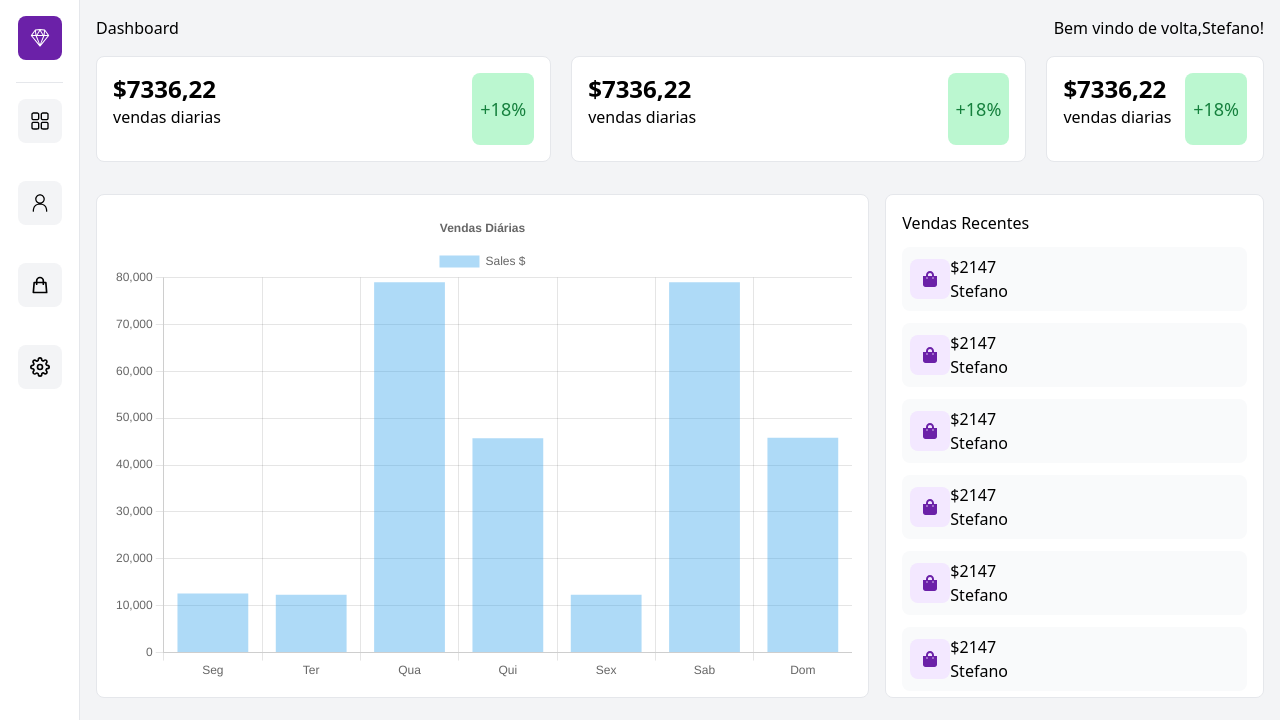
Repository: stefanosousaa/dashboard-next13
Page: /
An editor plug-in stored every save of this project. The page is shown before and after the next save, followed by the edit.
The browser window is 1280 px wide. The pictures show the whole page.
The project was rebuilt for these pictures with package versions that can differ from the ones it lists, and the page was loaded fresh each time. The framework's server and built-in components were replaced by stand-ins that run in the browser. Also part of the build but not shown: next.config.js.

Above is the page before, as saved 2023-05-16 18:55:53.

After the next save:
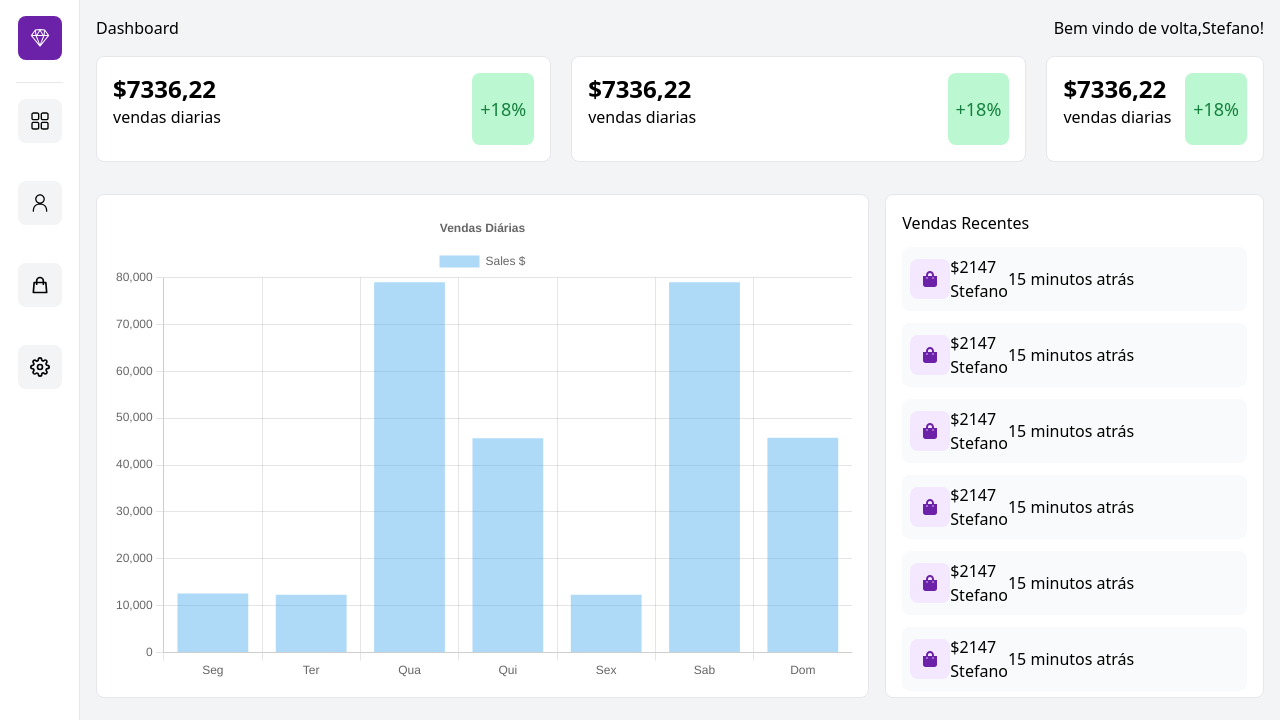
Saved 26 s later.
--- a/components/RecentOrders.jsx
+++ b/components/RecentOrders.jsx
@@ -16,6 +16,9 @@ const RecentOrders = () => {
                 <p>${order.total}</p>
                 <p>{order.name.first}</p>
              </div>
+             <p>
+              {order.date}
+             </p>
           </li>
         ))}
       </ul>
